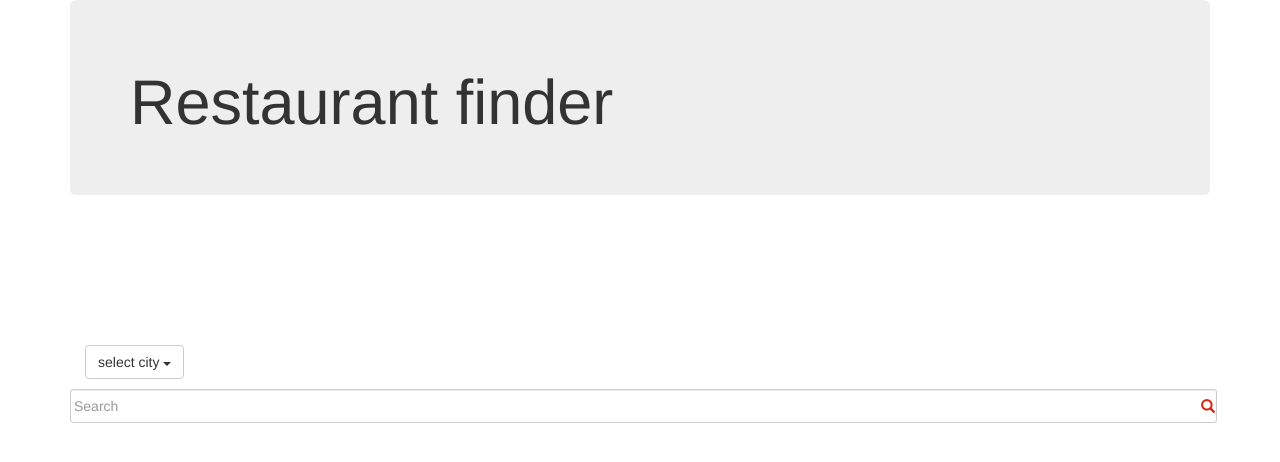
Repository: ganz-95/Denuvo-final
Page: http://localhost/restaurant/
An editor plug-in stored every save of this project. The page is shown before and after the next save, followed by the edit.
The browser window is 1280 px wide. The pictures show the whole page.
Some web libraries are served in a nearby version. The page is served by Tomcat 9.

Above is the page before, as saved 2017-01-23 15:44:24.

After the next save:
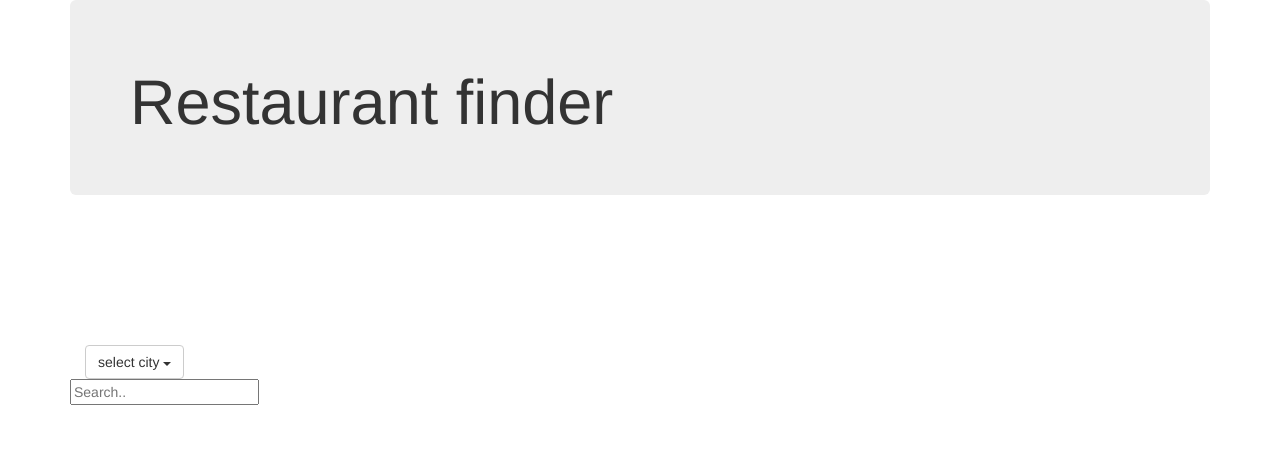
Saved 78 s later.
--- a/workspace/restaurant/src/main/webapp/index.jsp
+++ b/workspace/restaurant/src/main/webapp/index.jsp
@@ -33,63 +33,18 @@
     </ul>
   </div>
 </div>
-<div class="container" >
-	<div class="row" style="float:right"; width:100px; height:100px; margin-top: 100px; margin-left: 200px;”>
+<input type="text" name="search" placeholder="Search..">
+<style>
+.input[type=text] {
+    width: 130px;
+    -webkit-transition: width 0.4s ease-in-out;
+    transition: width 0.4s ease-in-out;
+}
 
-           <div id="custom-search-input">
-                            <div class="input-group col-md-12">
-                                <input type="text" class="  search-query form-control" placeholder="Search" />
-                                <span class="input-group-btn">
-                                    <button class="btn btn-danger" type="button">
-                                        <span class=" glyphicon glyphicon-search"></span>
-                                    </button>
-                                </span>
-                            </div>
-                        </div>
-	</div>
-</div><style>
-
-
-#custom-search-input {
-        margin:0;
-        margin-top: 10px;
-        padding: 0;
-    }
-
-    #custom-search-input .search-query {
-        padding-right: 3px;
-        padding-right: 4px \9;
-        padding-left: 3px;
-        padding-left: 4px \9;
-        /* IE7-8 doesn't have border-radius, so don't indent the padding */
-
-        margin-bottom: 0;
-        -webkit-border-radius: 3px;
-        -moz-border-radius: 3px;
-        border-radius: 3px;
-    }
-
-    #custom-search-input button {
-        border: 0;
-        background: none;
-        /** belows styles are working good */
-        padding: 2px 5px;
-        margin-top: 2px;
-        position: relative;
-        left: -20px;
-        /* IE7-8 doesn't have border-radius, so don't indent the padding */
-        margin-bottom: 0;
-        -webkit-border-radius: 3px;
-        -moz-border-radius: 3px;
-        border-radius: 3px;
-        color:#D9230F;
-    }
-
-    .search-query:focus + button {
-        z-index: 3;
-    }
-
+/* When the input field gets focus, change its width to 100% */
+input[type=text]:focus {
+    width: 100%;
+}
 </style>
-
 </body>
 </html>
